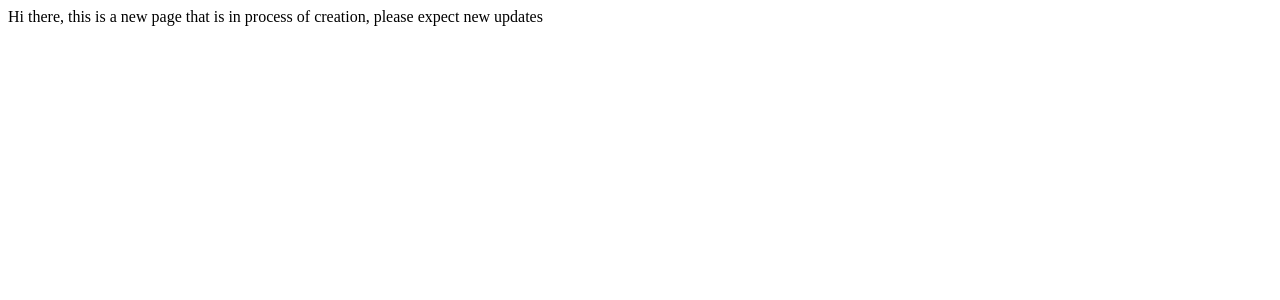
Repository: Znarko/projectPW.html
Page: projectPW.html
These files come from the project's save history. The page is drawn as it stood at one moment and after the next save; the edit follows.
The browser window is 1280 px wide. The pictures show the whole page.

Above is the page before, as saved 2023-02-17 04:21:54.

### projectPW.html
<!DOCTYPE html>
<html lang="en">
<head>
    <meta charset="UTF-8">
    <meta http-equiv="X-UA-Compatible" content="IE=edge">
    <meta name="viewport" content="width=device-width, initial-scale=1.0">
    <title>SecretProject</title>
</head>
<body>
    Hi there, this is a new page that is in process of creation, please expect new updates
</body>
</html>

After the next save:
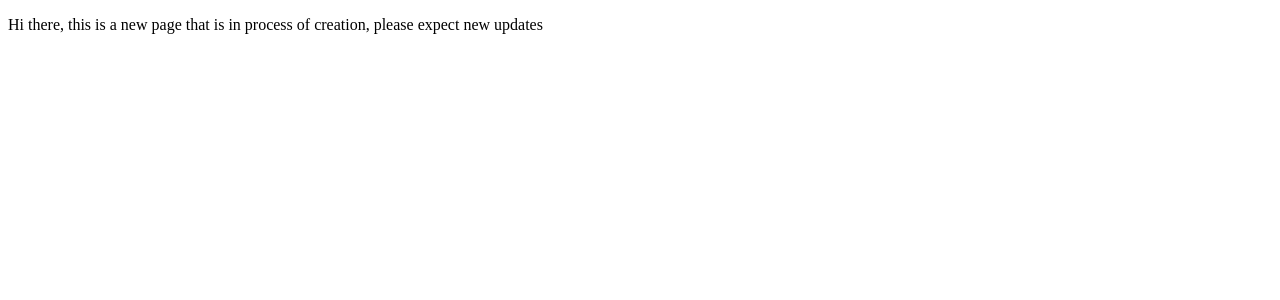
Saved 86 s later.
--- a/projectPW.html
+++ b/projectPW.html
@@ -7,6 +7,8 @@
     <title>SecretProject</title>
 </head>
 <body>
-    Hi there, this is a new page that is in process of creation, please expect new updates
+   <p>
+        Hi there, this is a new page that is in process of creation, please expect new updates
+   </p>
 </body>
 </html>
